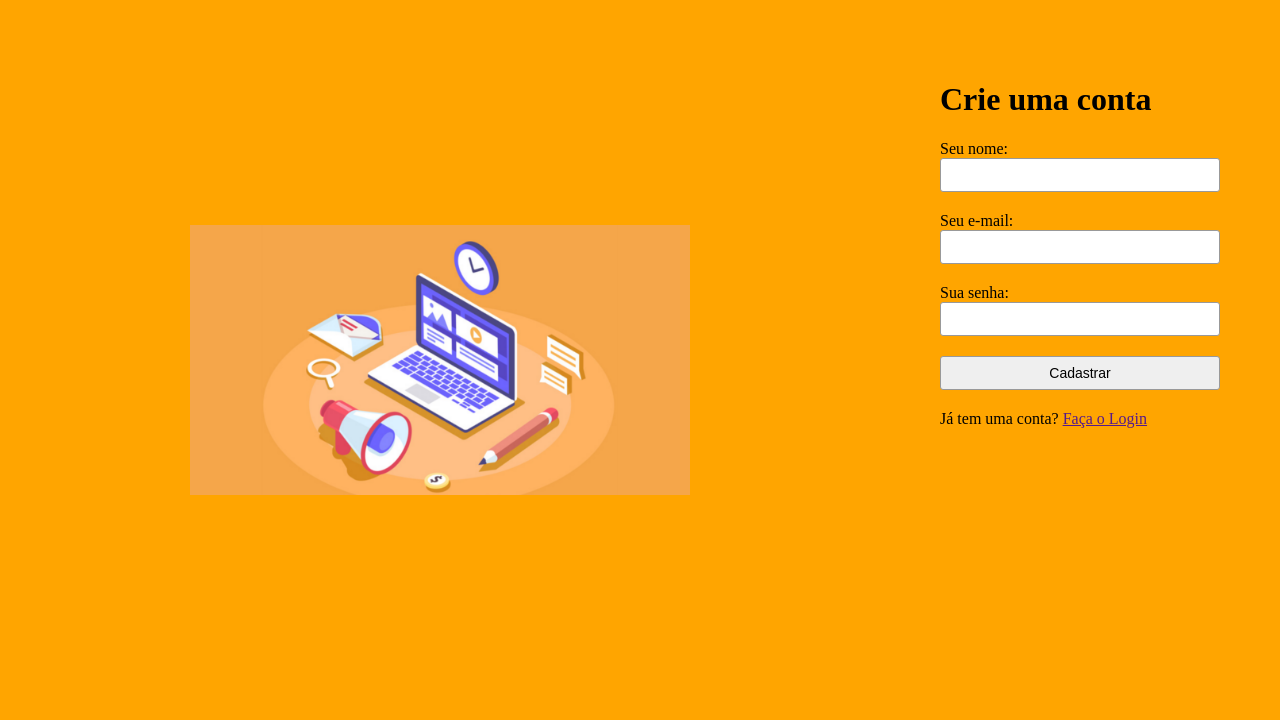
Repository: rafavirginio/tela-de-login
Page: index.html
An editor plug-in stored every save of this project. The page is shown before and after the next save, followed by the edit.
The browser window is 1280 px wide. The pictures show the whole page.

Above is the page before, as saved 2020-09-15 18:05:21.

### index.html
<!DOCTYPE html>
<html lang="en">

<head>
    <meta charset="UTF-8">
    <meta name="viewport" content="width=device-width, initial-scale=1.0">
    <title> Validador de Formulário </title>
    <link rel="stylesheet" href="style.css" />


</head>

<body>

    <div class="screen">
        <div class="leftside">
            <img src="imgGR.png" alt ""/>

        </div>
        <div class="rightside">
            <h1>Crie uma conta</h1>

            <form method="POST" action="cadastro.php" class="grValidator">


                <label>
                Seu nome: <br/>
                <input type="text" name="name" data-rules="required|min=2" />
            </label>
                <label>
                Seu e-mail: <br/>
                <input type="text" name="email" data-rules="required|email" />
            </label>
                <label>
                Sua senha: <br/>
                <input type="password" name="password"data-rules="required|min=4" />
                </label>
                <label>
                <input type="submit" value="Cadastrar" />
                </label>
            </form>
            <div>
                Já tem uma conta? <a href=""> Faça o Login</a>
            </div>
        </div>

        <script src="script.js"></script>
</body>

</html>

### style.css
* {
    box-sizing: border-box;
}

body {
    background-color: orange;
    margin: 0;
    /* flex-wrap: wrap; */
}

.screen {
    display: flex;
    height: 100vh;
    flex-wrap: wrap;
}

.leftside {
    flex: 1;
    display: flex;
    justify-content: center;
    align-items: center;
}

.leftside img {
    max-width: 500px;
    height: auto;
}

.rightside {
    width: 400px;
    background-color: orange;
    padding: 60px;
}

.rightside label {
    display: block;
    margin-bottom: 20px;
}

.rightside input {
    width: 100%;
    border: 1px solid #999;
    border-radius: 3px;
    padding: 8px;
    font-size: 14px;
    outline: 0;
}

.error {
    font-size: 11px;
    background-color: orangered;
    color: #FFF;
    padding: 4px;
    border-radius: 5px;
}

### script.js
let grValidator = {
    handleSubmit: (event) => {
        event.preventDefault();
        let send = true;

        let inputs = form.querySelectorAll('input');

        grValidator.clearErrors();

        for (let i = 0; i < inputs.length; i++) {
            let input = inputs[i];
            let check = grValidator.checkInput(input);
            if (check !== true) {
                send = false;
                grValidator.showError(input, check);
            }
        }

        if (send) {
            form.submit();
        }
    },
    checkInput: (input) => {
        let rules = input.getAttribute('data-rules');

        if (rules !== null) {
            rules = rules.split('|');
            for (let k in rules) {
                let rDetails = rules[k].split('=');
                switch (rDetails[0]) {
                    case 'required':
                        if (input.value == '') {
                            return 'Este campo é obrigatório.';
                        }
                        break;
                    case 'min':
                        if (input.value.length < rDetails[1]) {
                            return 'Campo deve conter pelo menos ' + rDetails[1] + ' caracteres';
                        }
                        break;
                    case 'email':
                        if (input.value != '') {
                            //validação email
                            let regex = /^(([^<>()\[\]\\.,;:\s@"]+(\.[^<>()\[\]\\.,;:\s@"]+)*)|(".+"))@((\[[0-9]{1,3}\.[0-9]{1,3}\.[0-9]{1,3}\.[0-9]{1,3}])|(([a-zA-Z\-0-9]+\.)+[a-zA-Z]{2,}))$/;
                            if (!regex.test(input.value.toLowerCase())) {
                                return 'E-mail digitado não é válido!';
                            }

                        }
                        break;
                }
            }
        }

        return true;
    },

    showError: (input, error) => {
        input.style.borderColor = '#FF0000';

        let errorElement = document.createElement('div');
        errorElement.classList.add('error');
        errorElement.innerHTML = error;

        input.parentElement.insertBefore(errorElement, input.ElementSibling)
    },
    clearErrors: () => {
        let inputs = form.querySelectorAll('input');
        for (let i = 0; i < inputs.length; i++) {
            inputs[i].style = '';
        }
        let errorElements = document.querySelectorAll('.error');
        for (let i = 0; i < errorElements.length; i++) {
            errorElements[i].remove();

        }
    }
};
let form = document.querySelector('.grValidator');
form.addEventListener('submit', grValidator.handleSubmit);

After the next save:
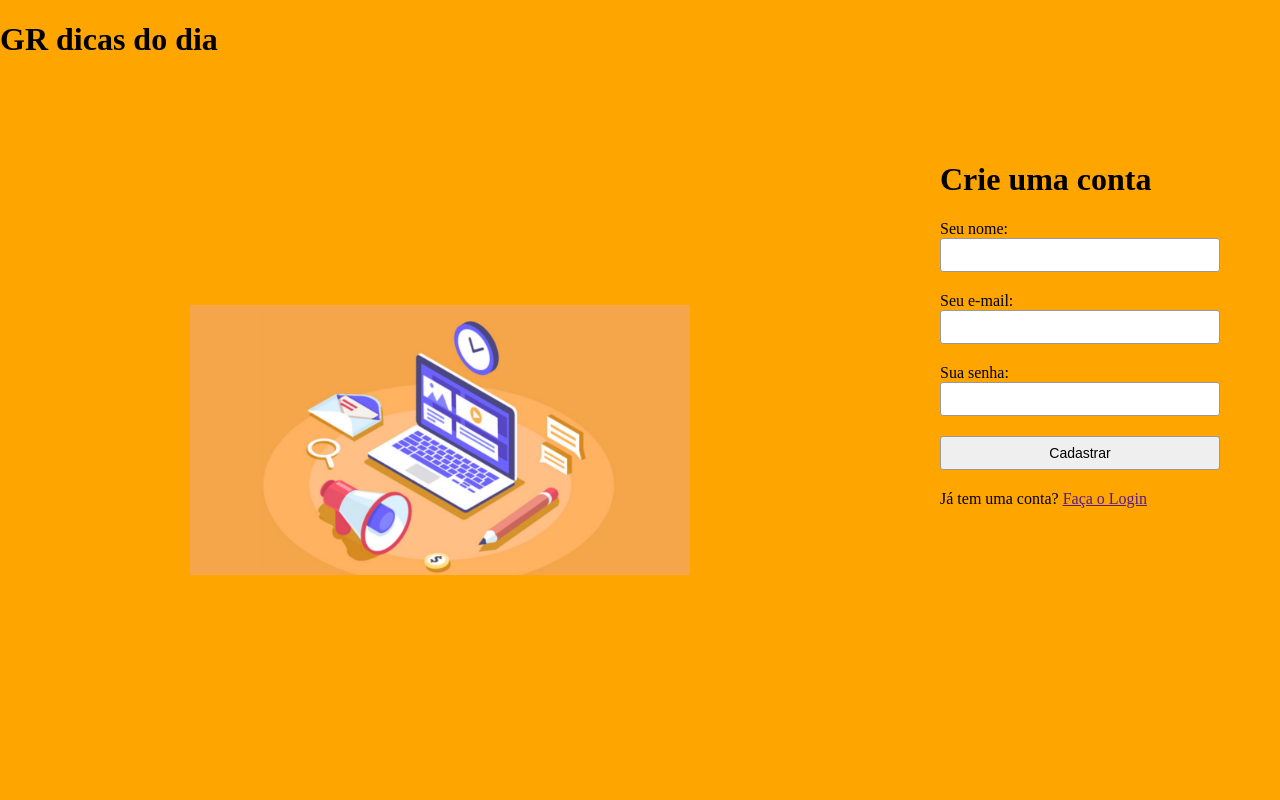
Saved 2 min 35 s later.
--- a/index.html
+++ b/index.html
@@ -6,7 +6,7 @@
     <meta name="viewport" content="width=device-width, initial-scale=1.0">
     <title> Validador de Formulário </title>
     <link rel="stylesheet" href="style.css" />
-
+    <h1>GR dicas do dia</h1>
 
 </head>
 
